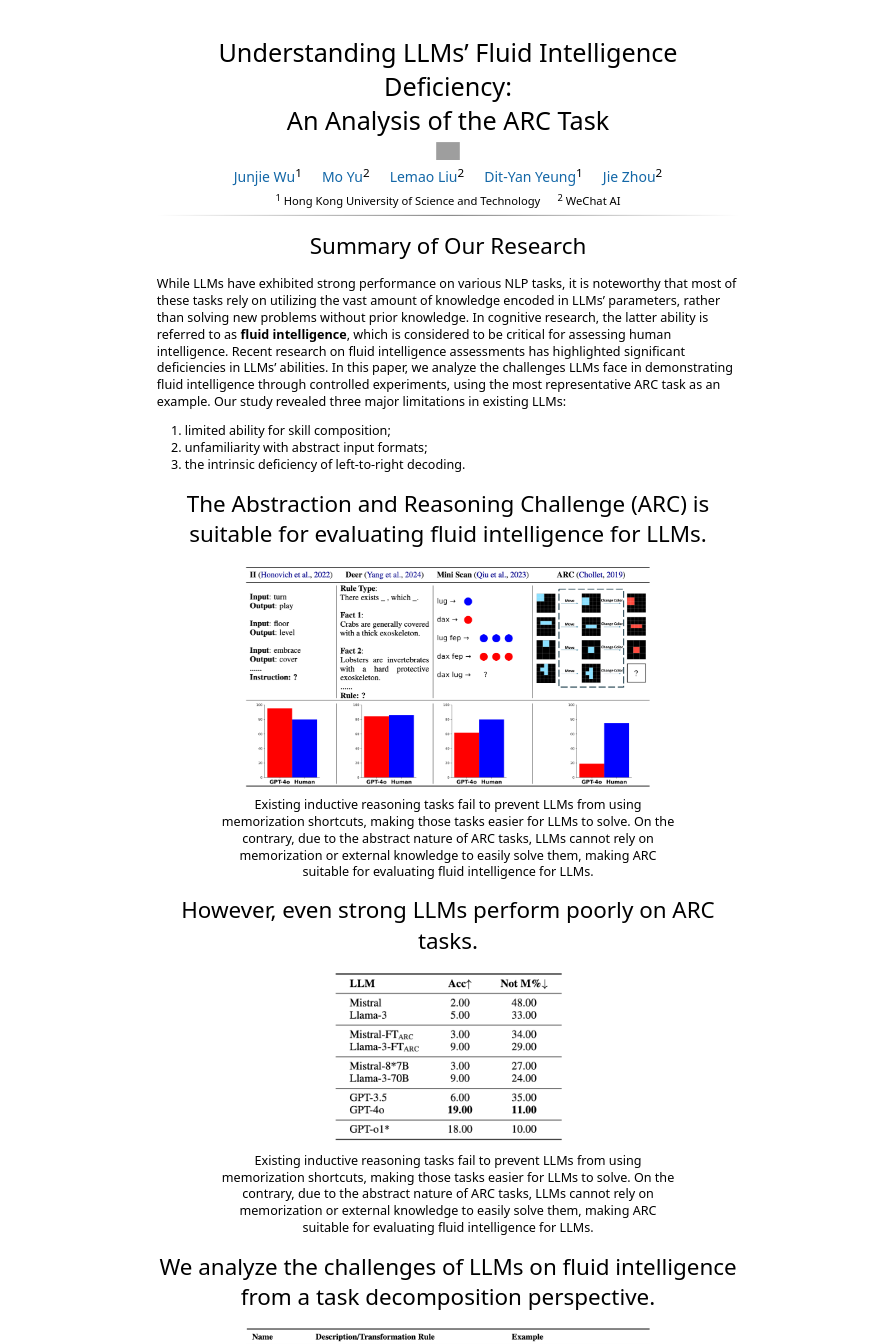
Repository: wujunjie1998/araoc-benchmark.github.io
Page: index.html
An editor plug-in stored every save of this project. The page is shown before and after the next save, followed by the edit.
The browser window is 1280 px wide. The pictures show the part of the page from y = 0 to 1920 px (the page is 3016 px tall before and 3023 px after), at 70% of full size.
Pictures or frames that could not be fetched are drawn as grey boxes.

Above is the page before, as saved 2025-02-07 22:41:11.

### index.html
<html>
  <head>
    <title>
      Understanding LLMs’ Fluid Intelligence Deficiency: An Analysis of the ARC Task
    </title>
    <link
      rel="icon"
      href="data:[embedded picture, 137 characters]"
    />
    <meta charset="UTF-8" />
    <meta name="viewport" content="width=device-width, initial-scale=1" />
    <link rel="stylesheet" href="./css/index.css" />
  </head>

  <body>
    <div class="header">
      <div class="paper-title">
        Understanding LLMs’ Fluid Intelligence Deficiency:
        <br />
        An Analysis of the ARC Task
      </div>
      <div>
        <!-- * Paper -->
        <span class="link-block">
          <a target="_blank" href="./paper.pdf"
            ><img
              class="badge"
              src="https://img.shields.io/badge/Paper-PDF-red?&labelColor=lightgray&logo=arxiv&logoColor=brown" /><img
          /></a>
        </span>
        <!-- * Dataset -->
        <!--
        <span class="link-block">
          <a
            target="_blank"
            href="https://huggingface.co/datasets/ShunchiZhang/PhysiCo/"
            ><img
              class="badge"
              src="https://img.shields.io/badge/HuggingFace-Dataset-yellow?labelColor=lightgray&logo=huggingface" /><img
          /></a>
        </span>
        -->

        <!-- * Code -->
         <!--
        <span class="link-block">
          <a target="_blank" href="https://github.com/physico-benchmark/physico"
            ><img
              class="badge"
              src="https://img.shields.io/badge/GitHub-Code-gray?labelColor=lightgray&logo=github&logoColor=gray" /><img /></a
        ></span>
        -->
        <!-- * Leaderboard -->
        <!--
        <span class="link-block">
          <a href="./leaderboard.html"
            ><img
              class="badge"
              src="https://img.shields.io/badge/Leaderboard-Visit-blue?labelColor=lightgray&logo=stackblitz&logoColor=367BAF" /><img /></a
        ></span>
        -->
        <!-- * X Threads -->
        <!--
        <span class="link-block">
          <a href="https://x.com/jieeijjie/status/1876713099752861782"
            ><img
              class="badge"
              src="https://img.shields.io/badge/Threads-black?labelColor=lightgray&logo=x&logoColor=gray" /><img /></a
        ></span>
        -->

      </div>
      <div>
        <div class="author-list">
          <span class="author-block"
            ><a href="https://wujunjie1998.github.io/">Junjie Wu</a
            ><sup>1</sup></span
          >
          <span class="author-block"
            ><a href="https://sites.google.com/site/moyunlp/">Mo Yu</a
            ><sup>2</sup></span
          >
          <span class="author-block"
            ><a href="https://lemaoliu.github.io">Lemao Liu</a
            ><sup>2</sup></span
          >
          <span class="author-block"
            ><a href="https://sites.google.com/view/dyyeung">Dit-Yan Yeung</a
            ><sup>1</sup></span
          >
          <span class="author-block"
            ><a href="https://openreview.net/profile?id=~Jie_Zhou8">Jie Zhou</a
            ><sup>2</sup></span
          >
        </div>
        <div class="inst-list">
          <span class="institution-block"><sup>1</sup> Hong Kong University of Science and Technology</span>
          <span class="institution-block"><sup>2</sup> WeChat AI</span>
        </div>
      </div>
    </div>
    <!--
    <div class="teaser">
      <center>
        <img src="./img/teaser.png" />
        <figcaption>
          Illustration of a "Stochastic Parrot 🦜" by our
          <span class="dataset-name">PhysiCo</span> task consisting of both
          <b style="color: #a47b48">low-level</b> and
          <b style="color: #153cf9">high-level</b> subtasks in parallel. For a
          concept <i>Gravity</i>, an LLM can generate its accurate description
          in natural language, but cannot interpret its grid-format
          illustration.
        </figcaption>
      </center>
    </div>
  -->
    <hr />

    <!-- ^ Summary of Our Research -->
    <center><h1>Summary of Our Research</h1></center>
    <div class="content">
      <!-- <p style="font-size: large; text-align: center">
        <b>TL;DR:</b>
      </p> -->
      <p>
        While LLMs have exhibited strong performance on various NLP tasks, it is noteworthy that most of these tasks rely on utilizing the vast amount of knowledge encoded in LLMs’ parameters, rather than solving new problems without prior knowledge. In cognitive research, the latter ability is referred to as <strong>fluid intelligence</strong>, which is considered to be critical for assessing human intelligence. Recent research on fluid intelligence assessments has highlighted significant deficiencies in LLMs’ abilities. In this paper, we analyze the challenges LLMs face in demonstrating fluid intelligence through controlled experiments, using the most representative ARC task as an example. Our study revealed three major limitations in existing LLMs:
      </p>
      <ol>
        <li>limited ability for skill composition;</li>
        <li>
          unfamiliarity with abstract input formats;
        </li>
        <li>
          the intrinsic deficiency of left-to-right decoding.
        </li>
      </ol>
    </div>


    <!-- ^ Our Studies and Findings -->
    <center><h1>The Abstraction and Reasoning Challenge (ARC) is suitable for evaluating fluid intelligence for LLMs.</h1></center>
    <div class="content">
      <!-- <p>Foo Bar</p> -->
      <center>
        <img src="./img/fluid1.png" width="70%" />
        <figcaption style="text-align: center">
          Existing inductive reasoning tasks fail to prevent LLMs from using memorization shortcuts, making those tasks easier for LLMs to solve. On the contrary, due to the abstract nature of ARC tasks, LLMs cannot rely on memorization or external knowledge to easily solve them, making ARC suitable for evaluating fluid intelligence for LLMs.
        </figcaption>
      </center>
    </div>


    <!-- ^ Our Studies and Findings -->
    <center><h1>However, even strong LLMs perform poorly on ARC tasks.</h1></center>
    <div class="content">
      <!-- <p>Foo Bar</p> -->
      <center>
        <img src="./img/fluid2.png" width="40%" />
        <figcaption style="text-align: center">
          Existing inductive reasoning tasks fail to prevent LLMs from using memorization shortcuts, making those tasks easier for LLMs to solve. On the contrary, due to the abstract nature of ARC tasks, LLMs cannot rely on memorization or external knowledge to easily solve them, making ARC suitable for evaluating fluid intelligence for LLMs.
        </figcaption>
      </center>
    </div>

    <!-- ^ Our Studies and Findings -->
    <center><h1>We analyze the challenges of LLMs on fluid intelligence from a task decomposition perspective. </h1></center>
    <div class="content">
      <!-- <p>Foo Bar</p> -->
      <center>
        <img src="./img/fluid3.png" width="70%" />
        <figcaption style="text-align: center">
          We conclude six atomic operations that can compose the transformation rules for most of the ARC tasks, and build an ARC-style benchmark upon these atomic operations (<strong>ARAOC</strong>).
        </figcaption>
      </center>
    </div>

    <!-- ^ Our Studies and Findings -->
    <center><h1>Suprisingly, the evaluation results on ARAOC show that LLMs still encounter substantial difficulties with tasks related to Move, Copy, Mirror, and Scale.</h1></center>
    <div class="content">
      <!-- <p>Foo Bar</p> -->
      <center>
        <img src="./img/fluid4.png" width="70%" />
        <!--
        <figcaption style="text-align: center">

        </figcaption>
      </center>
    -->
    </div>

    <center><h1>These results motivate us to perform several controllable experiments on ARAOC and ARC, and reveal the challenges of LLMs on internal factors, task composition, input format as well as modeling with left-to-right Transformer.</h1></center>
    <div class="content">

  </body>
</html>

### css/index.css
@import url("https://fonts.googleapis.com/css2?family=Noto+Sans:ital,wght@0,100..900;1,100..900&display=swap");

body {
  font-family: "Noto Sans", sans-serif;
  font-optical-sizing: auto;
  font-style: normal;
  font-variation-settings: "wdth" 100;
  font-weight: 400;
  font-size: 18px;
  margin: 50px auto;
  width: 65%;
}

div.header,
div.teaser,
div.content {
  margin-left: auto;
  margin-right: auto;
}

div.narrower {
  width: 80% !important;
}

div.header div {
  margin: 6px;
  text-align: center;
}

div.teaser img {
  max-width: 60%;
}

.paper-title {
  font-size: 36px;
}

.author-block {
  font-size: 20px;
  margin: 0px 12px;
}

.institution-block {
  font-size: 16px;
  margin: 0px 10px;
}

.note-block {
  color: gray;
  font-size: 16px;
}

.link-block {
  font-size: 24px;
  font-weight: bold;
  margin: 0px 5px;
}

.badge {
  width: auto;
  height: 2vw;
}

.dataset-name {
  font-weight: bold;
  color: #81a526;
}

h1 {
  font-size: 32px;
  font-weight: 300;
}

.disclaimerbox {
  background-color: #eee;
  border: 1px solid #eeeeee;
  border-radius: 10px;
  -moz-border-radius: 10px;
  -webkit-border-radius: 10px;
  padding: 20px;
}

video.header-vid {
  height: 140px;
  border: 1px solid black;
  border-radius: 10px;
  -moz-border-radius: 10px;
  -webkit-border-radius: 10px;
}

figcaption {
  margin: 10px 0px;
  width: 80%;
  text-align: left;
}

img.header-img {
  height: 140px;
  border: 1px solid black;
  border-radius: 10px;
  -moz-border-radius: 10px;
  -webkit-border-radius: 10px;
}

img.rounded {
  border: 1px solid #eeeeee;
  border-radius: 10px;
  -moz-border-radius: 10px;
  -webkit-border-radius: 10px;
}

a:link,
a:visited {
  color: #1367a7;
  text-decoration: none;
}
a:hover {
  color: #208799;
}

td.dl-link {
  height: 160px;
  text-align: center;
  font-size: 22px;
}

.vert-cent {
  position: relative;
  top: 50%;
  transform: translateY(-50%);
}

hr {
  border: 0;
  height: 1px;
  background-image: linear-gradient(
    to right,
    rgba(0, 0, 0, 0),
    rgba(0, 0, 0, 0.75),
    rgba(0, 0, 0, 0)
  );
}

.citation {
  text-align: left;
  font-family: monospace;
  font-size: 8pt;
  text-wrap: auto;
}

@media screen and (max-width: 1120px) {
  body {
    font-size: 16px;
    width: 90%;
  }
  div.teaser img {
    max-width: 100%;
  }
  .paper-title {
    font-size: 26px;
  }
  .author-block,
  .institution-block,
  .note-block {
    font-size: 14px;
  }
  .link-block {
    font-size: 20px;
  }
  .badge {
    width: auto;
    height: 28px;
    margin-top: 3px;
    margin-bottom: 3px;
  }
  h1 {
    font-size: 26px;
  }
}

After the next save:
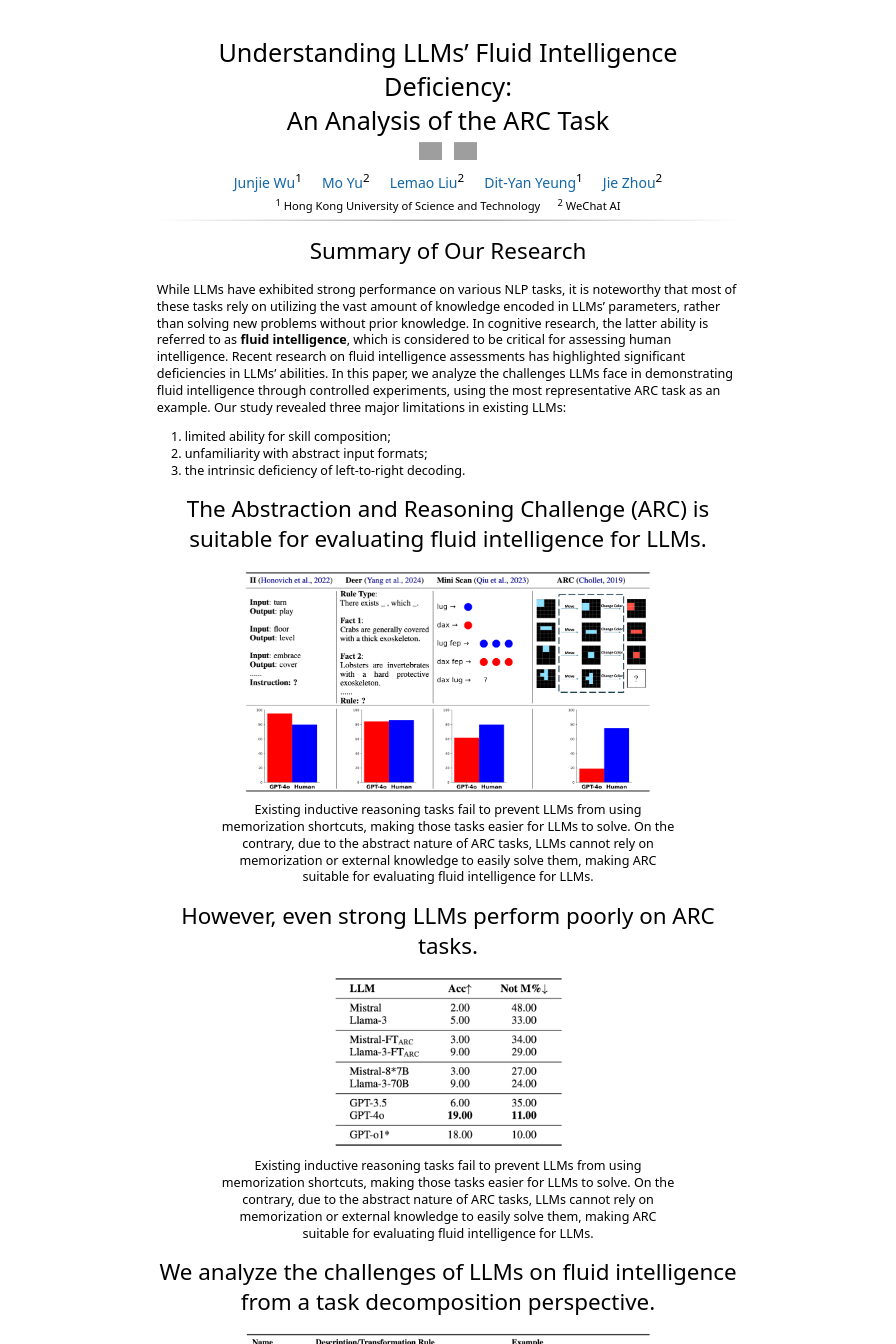
Saved 15 min 19 s later.
--- a/index.html
+++ b/index.html
@@ -42,14 +42,14 @@
         -->
 
         <!-- * Code -->
-         <!--
+
         <span class="link-block">
-          <a target="_blank" href="https://github.com/physico-benchmark/physico"
+          <a target="_blank" href="https://github.com/wujunjie1998/LLM-Fluid-Intelligence"
             ><img
               class="badge"
               src="https://img.shields.io/badge/GitHub-Code-gray?labelColor=lightgray&logo=github&logoColor=gray" /><img /></a
         ></span>
-        -->
+
         <!-- * Leaderboard -->
         <!--
         <span class="link-block">
